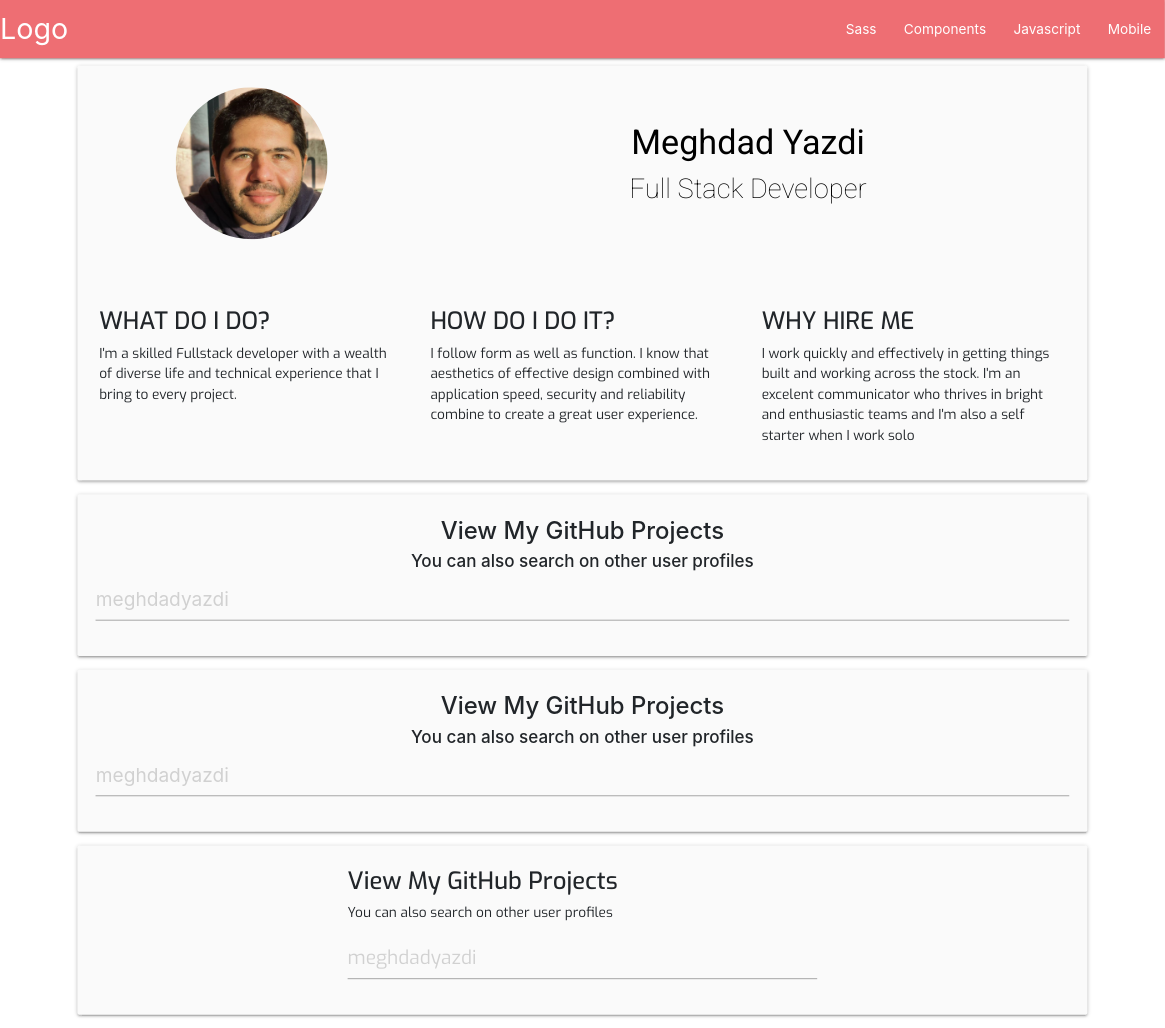
Repository: meghdadyazdi/SD_Res
Page: index.html
The author's editor kept a record of every edit. The page is drawn from the files as they stood at one moment, then again after the next edit.
The browser window is 1280 px wide. The pictures show the whole page, at 91% of full size.

Above is the page before.
Console error: ReferenceError: $ is not defined

After the next edit:
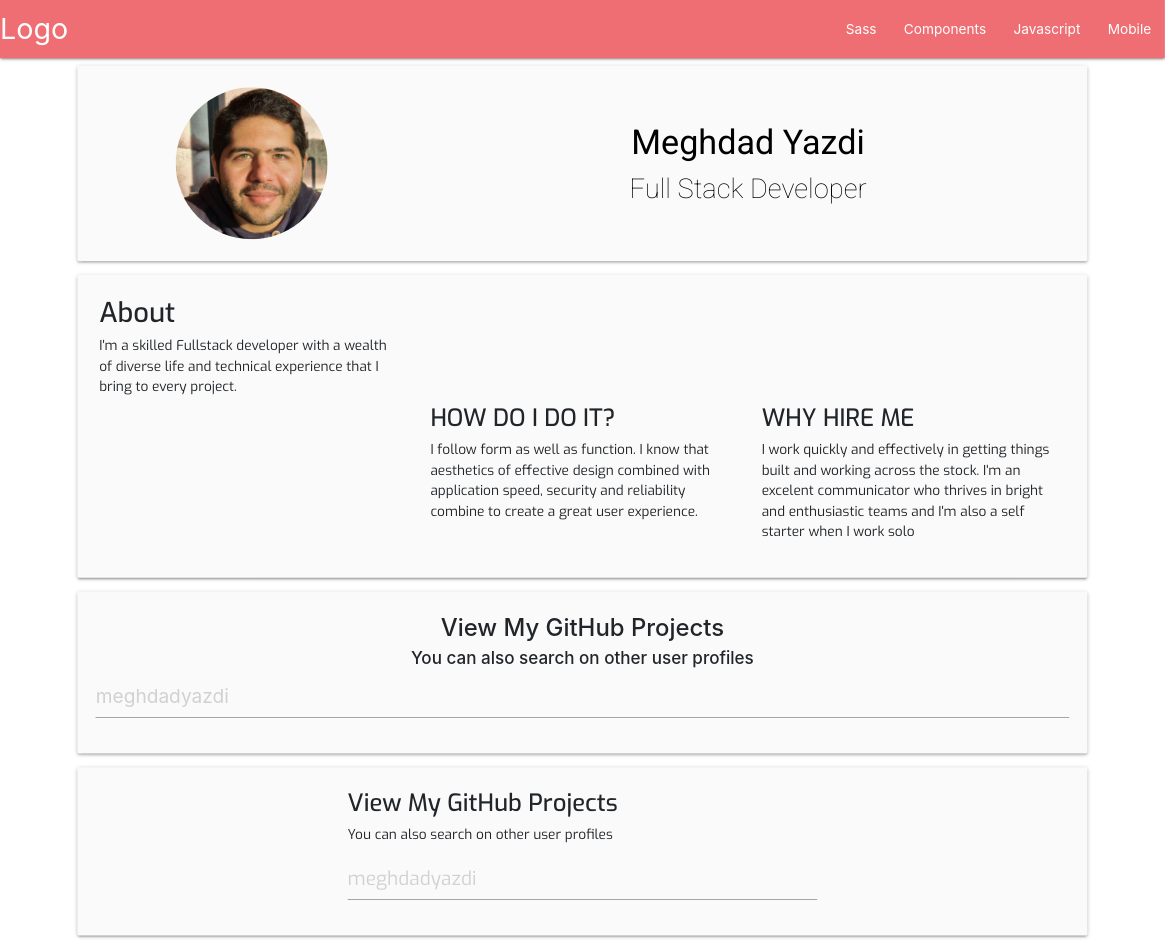
The edit:
--- a/index.html
+++ b/index.html
@@ -61,9 +61,15 @@
             </div>
             </div>
           </div>
+        </div>
+</section>
+
+<section class="container">
+        <div class="card-panel grey lighten-5 z-depth-1">
           <div class="row">
-            <div class="col-sm-6 col-md-4 text_font">
-            <h3>WHAT DO I DO?</h3>
+            <div class="col-sm-12 text_font"><h2>About</h2></div>
+            <div class="col-sm-6 col-md-4 text_font m0">
+
             <p>
               I'm a skilled Fullstack developer with a wealth of diverse life and technical experience that I bring to every project.
             </p>
@@ -81,22 +87,6 @@
             </p>
             </div>
           </div>
-        </div>
-</section>
-
-<section class="container">
-        <div class="card-panel grey lighten-5 z-depth-1">
-            <div class="row bg-color-contact">
-            <div class="col">
-                <h3 class="contact-heading uppercase text-center">View My GitHub Projects</h3>
-                <h5 class="uppercase text-center">You can also search on other user profiles</h5>
-                <div class="center-form">
-                    <input type="text" id="gh-username" placeholder="meghdadyazdi" value="" oninput="fetchGitHubInformation()" />
-                    <div id="gh-user-data"></div>
-                    <div id="gh-repo-data"></div>
-                </div>
-            </div>
-        </div>
         </div>
 </section>
 
